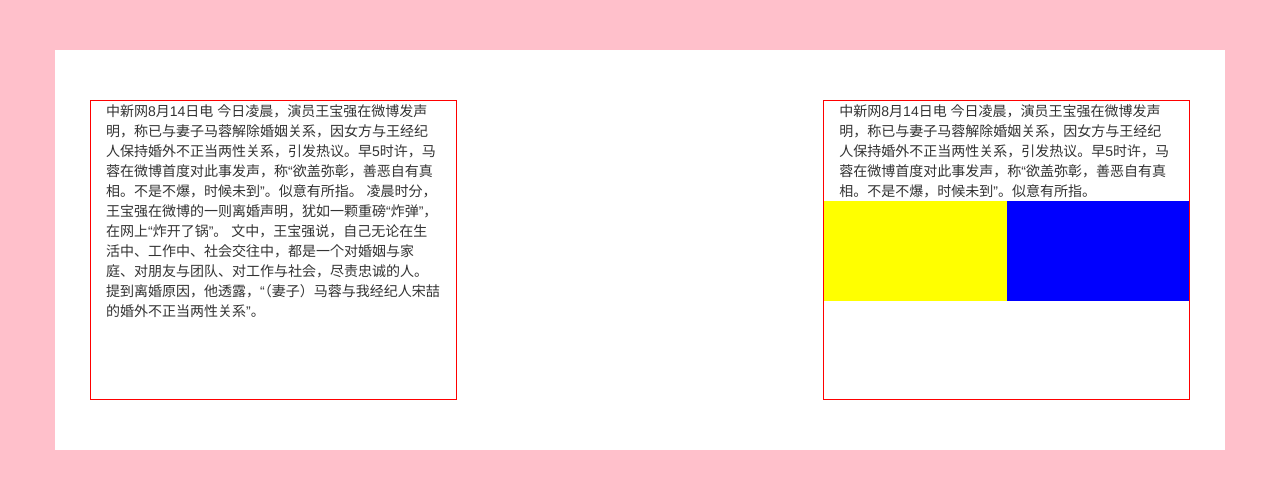
Repository: linkosong/mine
Page: workspaces/activity/src/main/webapp/WEB-INF/index.html
These files come from the project's save history. The page is drawn as it stood at one moment and after the next save; the edit follows.
The browser window is 1280 px wide. The pictures show the whole page.

Above is the page before, as saved 2016-11-15 10:37:46.

### workspaces/activity/src/main/webapp/WEB-INF/index.html
<!DOCTYPE HTML>
<html>
	<head>
		<meta http-equiv="X-UA-Compatible" content="IE=edge"><!--  IE浏览器9.0全都支持 ，的核心配置意思是与bootstrap交融，正常使用  -->
		<meta name="viewport" charset="utf-8"  content="device=device-width,initoal-scale=1"><!--  合适图框的大小，缩放的比例 ，支持pc端，移动端     -->
		<title>Bootstrap基础入门</title>
		<link rel="stylesheet" href="bootstrap/css/bootstrap.min.css" type="text/css"></link>
		<script type="text/javascript" src="bootstrap/js/jquery-3.1.1.min.js"></script>
		<script type="text/javascript" src="bootstrap/js/bootstrap.min.js"></script>
	</head>

	<body style="padding: 50px; background-color: pink">
		<div class="container" style="padding: 50px; background-color: #fff"> <!-- container : 表示的是文字或内容到边框的自动调整       -->

			<div class="row">
				<div class="col-md-4 " style="border:1px solid red;height:300px"> <!--  col-md-* :表示的是所适应的屏幕
				                                                                        col-后跟sm用于手机端， xs用于平板 ， md用于电脑 ，lg用于大屏幕
				                                                                                                                                                                                                                        默认的是一行十二列
				                                                                     -->

					中新网8月14日电
					今日凌晨，演员王宝强在微博发声明，称已与妻子马蓉解除婚姻关系，因女方与王经纪人保持婚外不正当两性关系，引发热议。早5时许，马蓉在微博首度对此事发声，称“欲盖弥彰，善恶自有真相。不是不爆，时候未到”。似意有所指。
					凌晨时分，王宝强在微博的一则离婚声明，犹如一颗重磅“炸弹”，在网上“炸开了锅”。
					文中，王宝强说，自己无论在生活中、工作中、社会交往中，都是一个对婚姻与家庭、对朋友与团队、对工作与社会，尽责忠诚的人。提到离婚原因，他透露，“（妻子）马蓉与我经纪人宋喆的婚外不正当两性关系”。
				</div>
				<!-- col-md-offset-4  向右偏移4个栅     页面一共12个栅-->
				<div class="col-md-4 col-md-offset-4" style="border:1px solid red;height:300px">
					中新网8月14日电
					今日凌晨，演员王宝强在微博发声明，称已与妻子马蓉解除婚姻关系，因女方与王经纪人保持婚外不正当两性关系，引发热议。早5时许，马蓉在微博首度对此事发声，称“欲盖弥彰，善恶自有真相。不是不爆，时候未到”。似意有所指。
<!-- 				嵌套栅格系统  一个新的栅格布局-->
					<div class="row">
						<div class="col-md-6" style="height:100px;background-color:yellow;"></div>
						<div class="col-md-6"  style="height:100px;background-color:blue;"></div>
					</div>
				</div>

		</div>
	</div>
	</body>
</html>

Loaded but not shown: workspaces/activity/src/main/webapp/bootstrap/css/bootstrap.min.css (library); workspaces/activity/src/main/webapp/bootstrap/js/jquery-3.1.1.min.js (library); workspaces/activity/src/main/webapp/bootstrap/js/bootstrap.min.js (library)

After the next save:
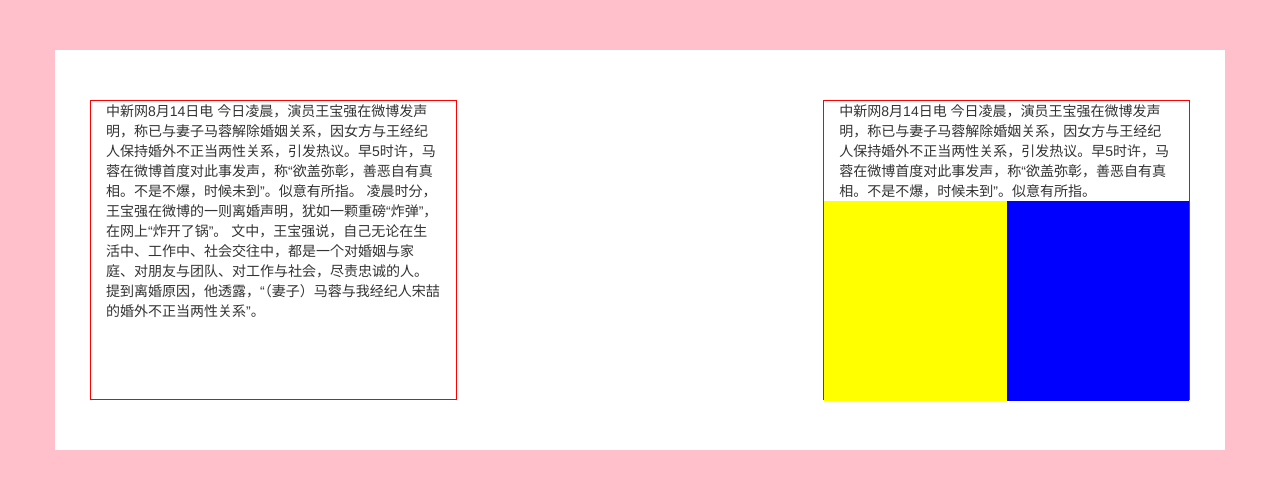
Saved 14 s later.
--- a/workspaces/activity/src/main/webapp/WEB-INF/index.html
+++ b/workspaces/activity/src/main/webapp/WEB-INF/index.html
@@ -29,8 +29,8 @@
 					今日凌晨，演员王宝强在微博发声明，称已与妻子马蓉解除婚姻关系，因女方与王经纪人保持婚外不正当两性关系，引发热议。早5时许，马蓉在微博首度对此事发声，称“欲盖弥彰，善恶自有真相。不是不爆，时候未到”。似意有所指。
 <!-- 				嵌套栅格系统  一个新的栅格布局-->
 					<div class="row">
-						<div class="col-md-6" style="height:100px;background-color:yellow;"></div>
-						<div class="col-md-6"  style="height:100px;background-color:blue;"></div>
+						<div class="col-md-6" style="height:200px;background-color:yellow;"></div>
+						<div class="col-md-6"  style="height:200px;background-color:blue;"></div>
 					</div>
 				</div>
 
